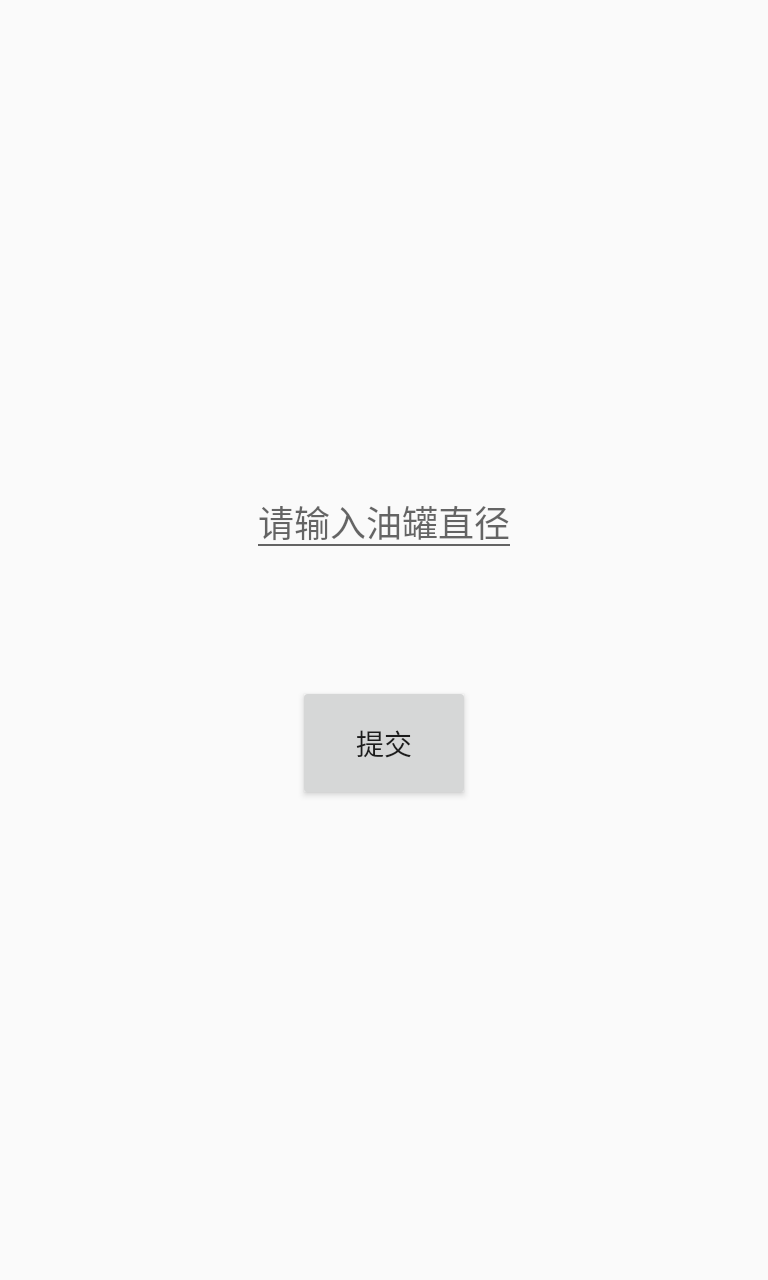
Repository: hohoTT/fireWork_handle_app
Layout: fireWork_handle_app/res/layout/olican_fire_foam.xml
An editor plug-in stored every save of this project. The layout is shown before and after the next save, followed by the edit.
It is drawn on a 768 x 1280 px phone screen (xhdpi) without system bars, with theme AppTheme; the app's code is not run.

Above is the layout before, as saved 2016-03-03 02:31:56.

After the next save:
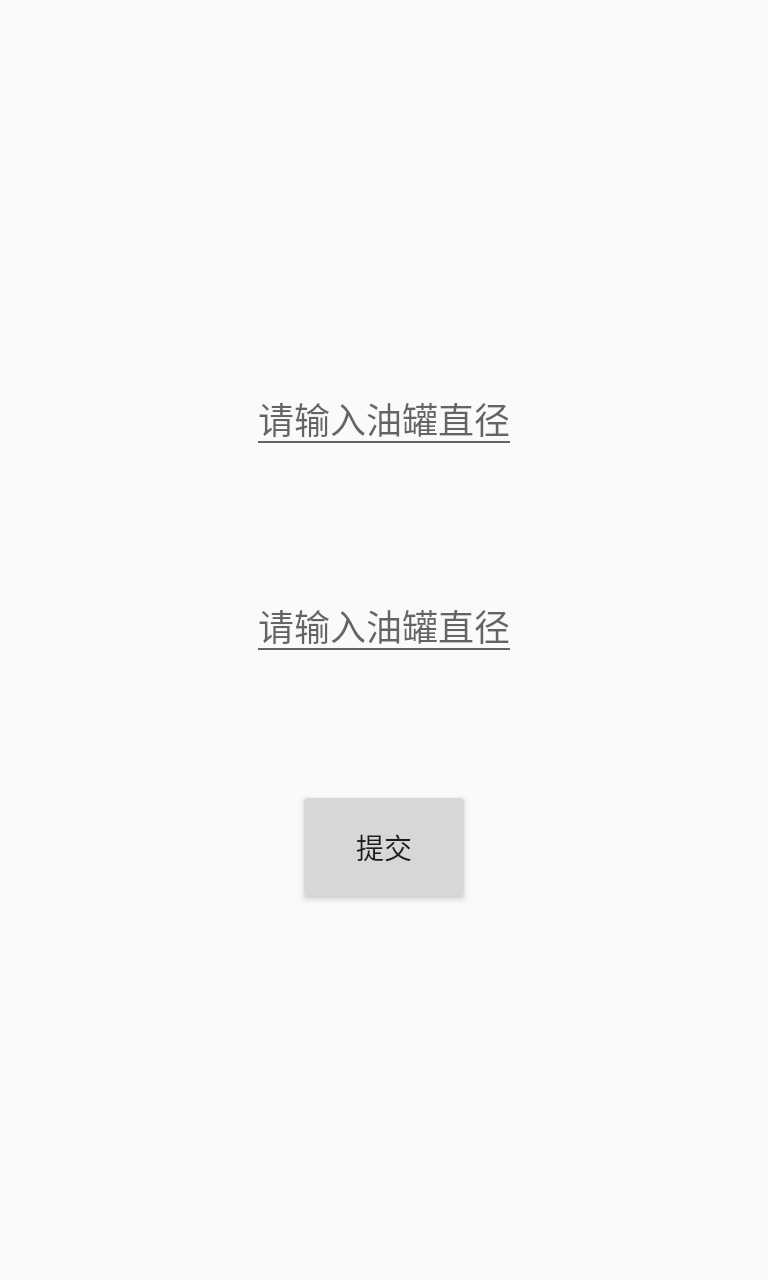
Saved 6 s later.
--- a/fireWork_handle_app/res/layout/olican_fire_foam.xml
+++ b/fireWork_handle_app/res/layout/olican_fire_foam.xml
@@ -4,6 +4,14 @@
     android:layout_height="match_parent"
     android:gravity="center_vertical"
     android:orientation="vertical" >
+
+    <EditText
+        android:id="@+id/olican_diameter"
+        android:layout_width="wrap_content"
+        android:layout_height="wrap_content"
+        android:layout_gravity="center_horizontal"
+	    android:layout_margin="30dp"
+        android:hint="@string/olican_diameter" />
 
     <EditText
         android:id="@+id/olican_diameter"
